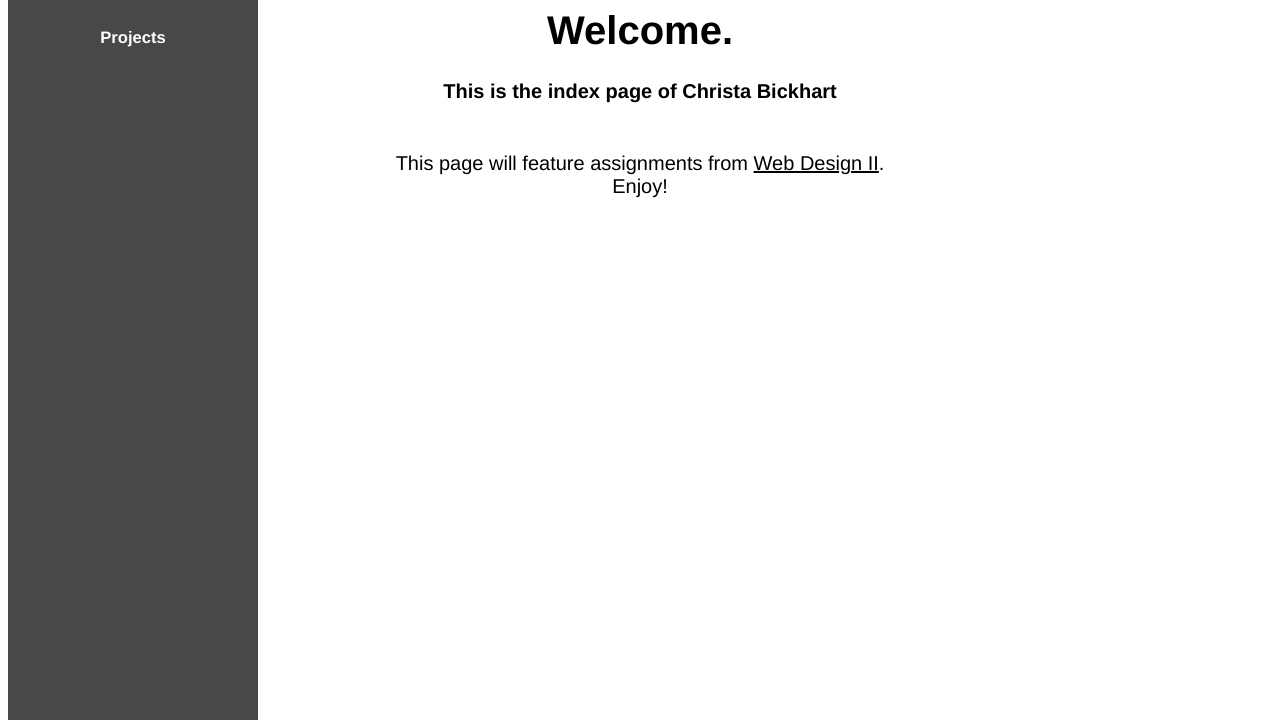
Repository: cbickhar/cbickhar.github.io
Page: index.html
The author's editor kept a record of every edit. The page is drawn from the files as they stood at one moment, then again after the next edit.
The browser window is 1280 px wide. The pictures show the whole page.

Above is the page before.

### index.html
<html>
    <head>
        <title>Christa Bickhart - Index Page</title>
        <link href="styles.css" rel="stylesheet" type="text/css">
    </head>
    <body>
        <h1>Welcome.</h1>
            <h4>This is the index page of Christa Bickhart</h4>
        <br>
            This page will feature assignments from <a href="http://www.web2.ga">Web Design II</a>.
        <br>
        Enjoy!
        <br>
    <div class = "sidebar">
        <h5>Projects</h5>


    </body>
</html>

### styles.css
body {
    background-color: #fff;
    font-size: 20px;
    font-family: helvetica, arial, sans-serif;
    color: black;
    text-align: center;

}

a {
    color: black;
    text-decoration: underline;
}

h4{

    text-align: center;
}

h1{
    text-align: center;
}

a:hover {
    color: #f57955;
}

.sidebar {
    font-family: helvetica, sans-serif;
	font-size: 20px;
	position: fixed;
	background-color: #484848;
	color: white;
	width: 250px;
	height: 100%;
	top: 0px;
}

After the next edit:
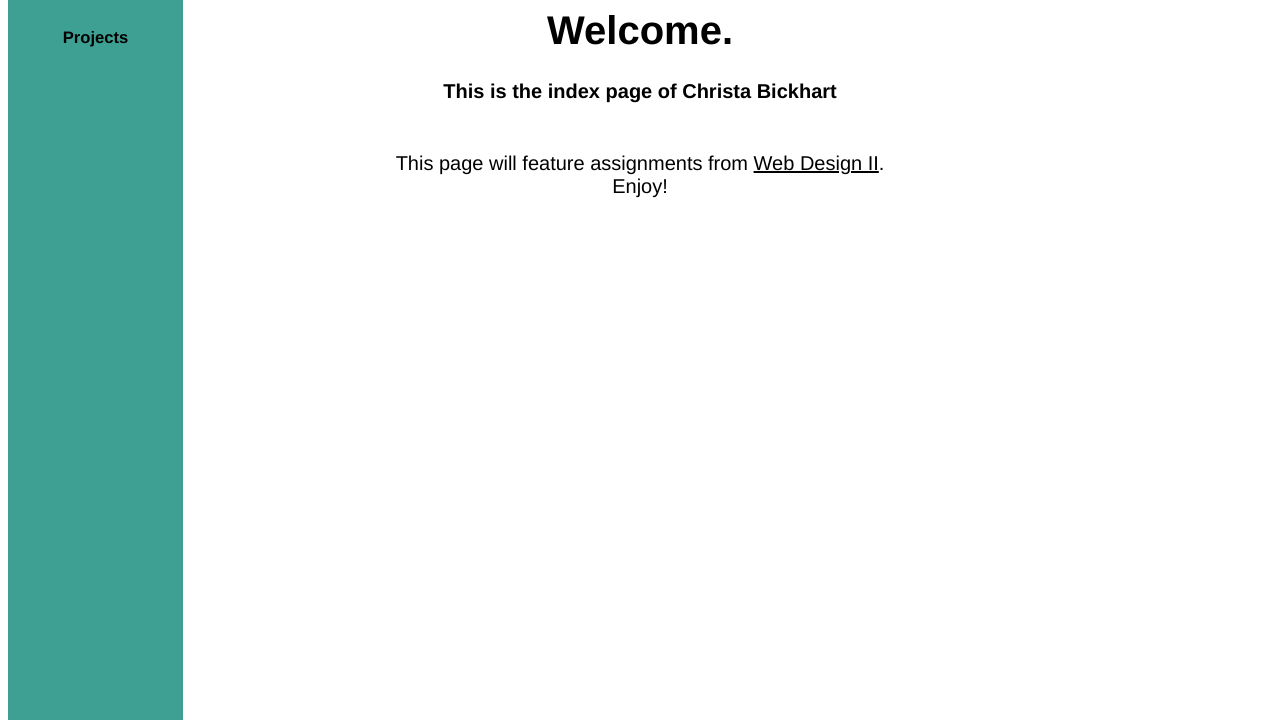
The edit:
--- a/styles.css
+++ b/styles.css
@@ -29,9 +29,9 @@
     font-family: helvetica, sans-serif;
 	font-size: 20px;
 	position: fixed;
-	background-color: #484848;
-	color: white;
-	width: 250px;
+	background-color: #3da093;
+	color: black;
+	width: 175px;
 	height: 100%;
 	top: 0px;
 }
